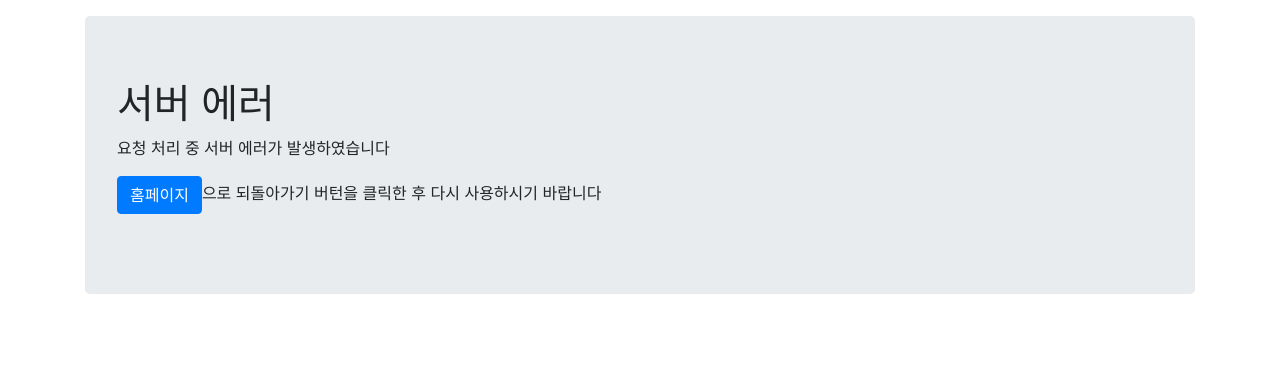
Repository: Hayebeom/workspace
Page: http://localhost/spring-mvc/WEB-INF/views/error/server-error.jsp
The author's editor kept a copy of each file at every save. The page is drawn from the files as they stood at one save, then again after the next save.
The browser window is 1280 px wide. The pictures show the whole page.
The page is served by Tomcat 9. Nobody is signed in. Other server files are loaded and not shown. The template is opened directly, without the code that normally fills it, so the values that code supplies are empty.

Above is the page before, as saved 2020-08-03 03:36:49.

### spring-mvc/src/main/webapp/WEB-INF/views/error/server-error.jsp
<%@ page language="java" contentType="text/html; charset=UTF-8"
    pageEncoding="UTF-8" isErrorPage="true"%>
<%@ taglib prefix="c" uri="http://java.sun.com/jsp/jstl/core" %>
<%@ taglib prefix="fmt" uri="http://java.sun.com/jsp/jstl/fmt" %>
<!DOCTYPE html>
<html>
<head>
<meta charset="UTF-8">
<meta name="viewport" content="width=device-width, initial-scale=1">
<link rel="stylesheet" href="/resources/bootstrap/css/bootstrap.min.css">
<title>자유 게시판 :: 에러 페이지</title>
</head>
<body>
<%

%>
	<div class="container mt-3 mb-5">
		<div class="row">
			<div class="col-12">
				<div class="jumbotron">
					<h1>서버 에러</h1>
					<p>요청 처리 중 서버 에러가 발생하였습니다</p>
					<p></p>
					<p><a href="/home.do" class="btn btn-primary">홈페이지</a>으로 되돌아가기 버턴을 클릭한 후 다시 사용하시기 바랍니다</p>
				</div>
			</div>
		</div>
	</div>
</body>
</html>

Loaded but not shown: spring-mvc/src/main/webapp/resources/bootstrap/css/bootstrap.min.css (library)

After the next save:
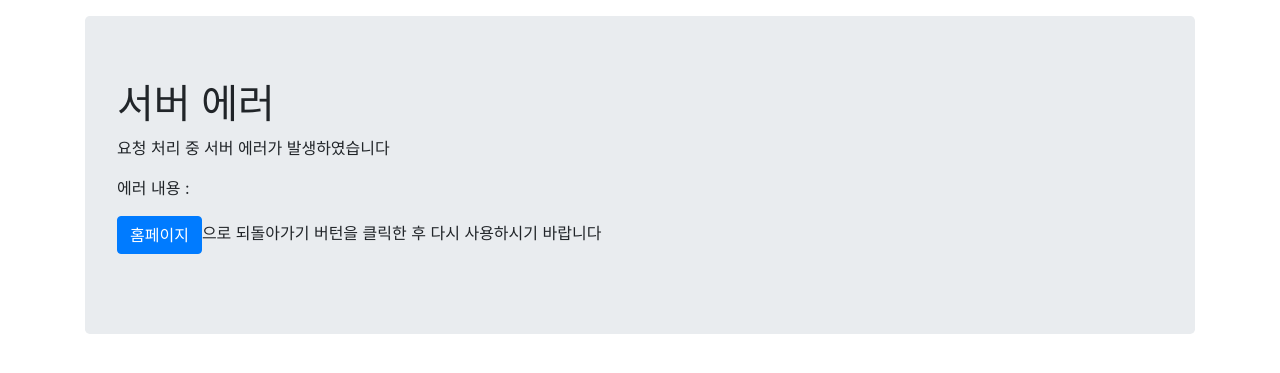
Saved 34 s later.
--- a/spring-mvc/src/main/webapp/WEB-INF/views/error/server-error.jsp
+++ b/spring-mvc/src/main/webapp/WEB-INF/views/error/server-error.jsp
@@ -20,7 +20,7 @@
 				<div class="jumbotron">
 					<h1>서버 에러</h1>
 					<p>요청 처리 중 서버 에러가 발생하였습니다</p>
-					<p></p>
+					<p>에러 내용 : <span>${pageContext.exception.message}</span></p>
 					<p><a href="/home.do" class="btn btn-primary">홈페이지</a>으로 되돌아가기 버턴을 클릭한 후 다시 사용하시기 바랍니다</p>
 				</div>
 			</div>

After the 2 saves that followed:
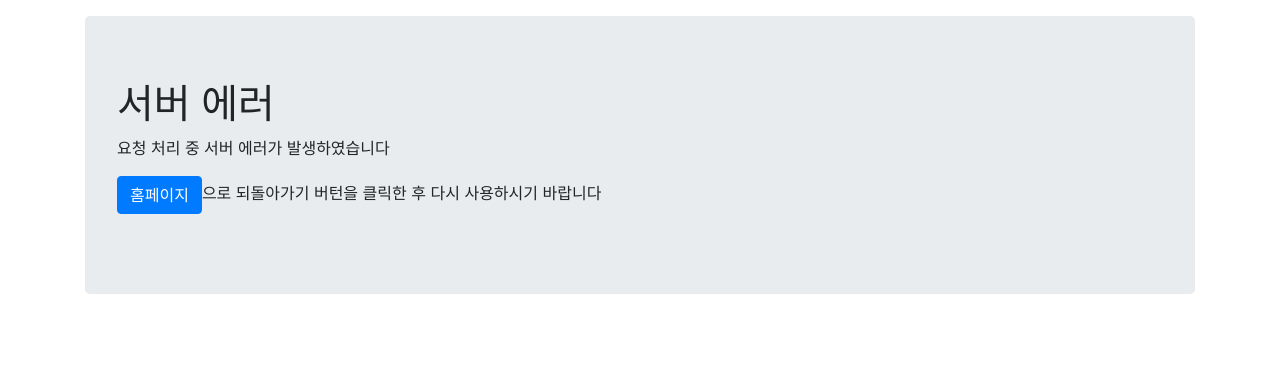
The 2 saves are shown as one change because 1 left the picture as it was.
The last was saved 57 s later.
--- a/spring-mvc/src/main/webapp/WEB-INF/views/error/server-error.jsp
+++ b/spring-mvc/src/main/webapp/WEB-INF/views/error/server-error.jsp
@@ -20,7 +20,6 @@
 				<div class="jumbotron">
 					<h1>서버 에러</h1>
 					<p>요청 처리 중 서버 에러가 발생하였습니다</p>
-					<p>에러 내용 : <span>${pageContext.exception.message}</span></p>
 					<p><a href="/home.do" class="btn btn-primary">홈페이지</a>으로 되돌아가기 버턴을 클릭한 후 다시 사용하시기 바랍니다</p>
 				</div>
 			</div>
